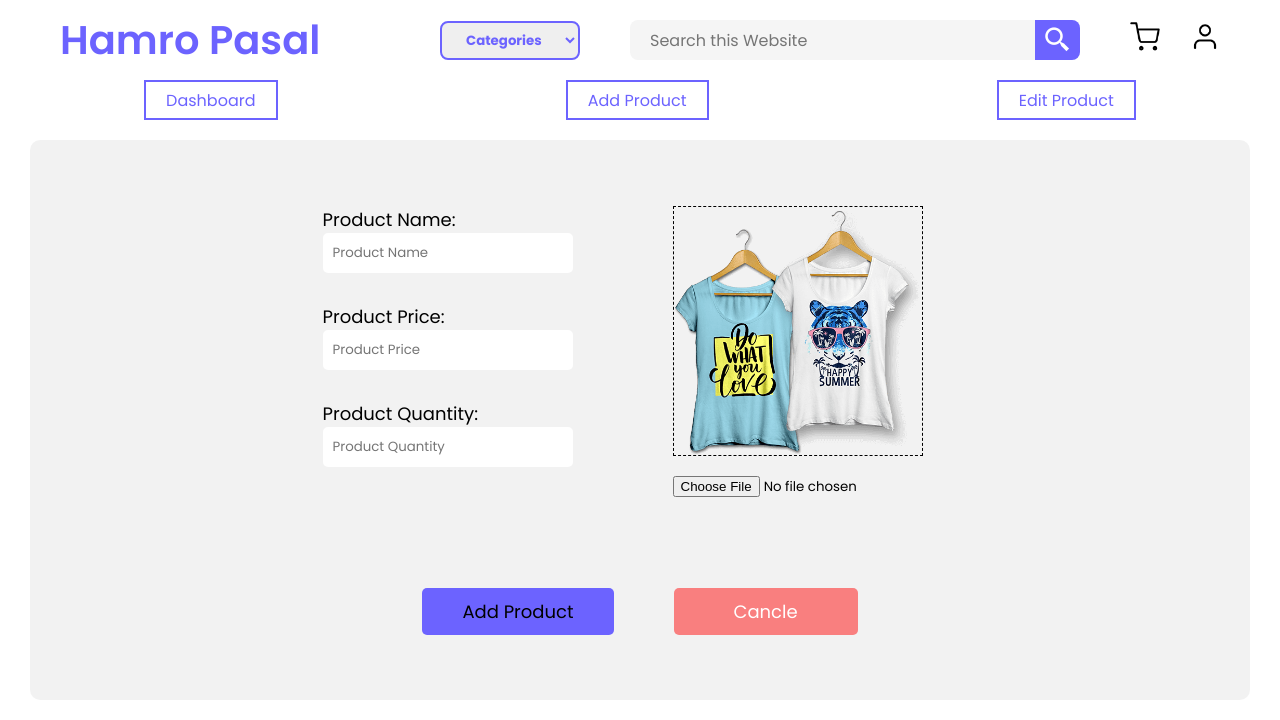
Repository: ScreamingSyntax/HamroPasal
Page: http://localhost/HamroPasal/View/EditProducts.jsp
An editor plug-in stored every save of this project. The page is shown before and after the next save, followed by the edit.
The browser window is 1280 px wide. The pictures show the whole page.
Some web fonts or font styles are not loaded; a fallback is used. Some web libraries are served in a nearby version. The page is served by Tomcat 9. Nobody is signed in. The application's start-up code is not run. Other server files are loaded and not shown. The template is opened directly, without the code that normally fills it, so the values that code supplies are empty.

Above is the page before, as saved 2023-05-06 13:14:40.

### HamroPasal/src/main/webapp/View/EditProducts.jsp
<%@ page language="java" contentType="text/html; charset=ISO-8859-1"
    pageEncoding="ISO-8859-1"%>
<!DOCTYPE html>
<html>
<head>
<meta charset="ISO-8859-1">
<title>Add Product</title>

	<link rel="stylesheet" href="https://unpkg.com/boxicons@latest/css/boxicons.min.css">
    <link rel="stylesheet" href="${pageContext.request.contextPath}/View/CSS/navb.css">
    <link rel="stylesheet" href="${pageContext.request.contextPath}/View/CSS/AddProduct.css">
    <link rel="preconnect" href="https://fonts.googleapis.com">
    <link rel="preconnect" href="https://fonts.gstatic.com" crossorigin>
    <link href="https://fonts.googleapis.com/css2?family=Mochiy+Pop+One&family=Poppins:wght@100;200;300;400;500;600;700;800;900&display=swap" rel="stylesheet">
    <link rel="stylesheet" href="https://cdnjs.cloudflare.com/ajax/libs/font-awesome/6.3.0/css/all.min.css" integrity="sha512-SzlrxWUlpfuzQ+pcUCosxcglQRNAq/DZjVsC0lE40xsADsfeQoEypE+enwcOiGjk/bSuGGKHEyjSoQ1zVisanQ==" crossorigin="anonymous" referrerpolicy="no-referrer" />

</head>
<body>
	<header>
        <span class="logo">Hamro&nbsp;Pasal</span>
        <div class="right">
            <select name="category" id="category">
                <option value="all">Categories</option>
                <option value="shirt">Shirt</option>
                <option value="pants">Pants</option>
                <option value="shoes">Shoes</option>
            </select>
            <form action="" class="search-bar">
                <input type="text" class="search-field" placeholder="Search this Website">
                <input type="submit" id="search">
                <label for="search"><i class='bx bx-search-alt-2'></i></label>
            </form>
            <div class="icons">
                <div class="cart">
                    <img src="${pageContext.request.contextPath}/View/Images/shopping-cart.png" alt="">
                </div>
                <div class="profile" onclick="profileClicked()">
                    <a href="#"><img src="${pageContext.request.contextPath}/View/Images/user.png" alt=""></a>
                </div>
            </div>
        </div>

        <div class="profile-section">
        	<div class="top">
                <h1>User Profile</h1>
                <i class='bx bxl-xing' onclick="profileClicked()"></i>
            </div>
        	<% String email;
        	if(session.getAttribute("loggedInId") == null){
        	%>
            	<div class="middle">
	                <a href="${pageContext.request.contextPath}/View/AdminLogin.jsp">Login as Admin</a>
                	<a href="${pageContext.request.contextPath}/View/Login.jsp">Login as User</a>
            	</div>
        	<%} else{
        		email = session.getAttribute("loggedInId").toString();
        	%>
        		<h1>You are Logged In as<%= email %></h1>
        		<%if(session.getAttribute("adminEmail") != null){%>
        			<a href="${pageContext.request.contextPath}/index.jsp">Return to Home</a>
        			<a href="${pageContext.request.contextPath}/View/AdminPage.jsp">Admin Page</a>
        		<%}%>
        		<button onclick='logoutClicked()'>Log Out</button>
        	<%} %>

        </div>
        <script>
            const profileClicked = () =>{
                const btn = document.querySelector(".profile")
                const mainDiv = document.querySelector(".profile-section")
                const cross = document.querySelector(".profile-section .top i")
                btn.addEventListener("click", ()=>{
                    mainDiv.classList.add("active");
                })
                cross.addEventListener("click", ()=>{
                    mainDiv.classList.remove("active");
                })
            }

            const logoutClicked = () =>{
            	<%session.removeAttribute("loggedInId");
            	  session.removeAttribute("adminEmail");
            	%>
            	window.location.href = "index.jsp";
            }
        </script>
    </header>
    <section class="admin-header">
    	<a href="#">Dashboard</a>
    	<a href="#">Add Product</a>
    	<a href="#">Edit Product</a>
    </section>

    <div class="add-product-form">
        <form action="../addproduct" method="post" enctype="multipart/form-data">
            <div class="top">
                <div class="left2">
                    <span>
                        <label for="prod-name">Product Name:</label><br>
                        <input type="text" placeholder="Product Name" id="prod-name" value="${productDetails.productName}" name="product_name" required>
                    </span>

                    <span>
                        <label for="prod-price">Product Price:</label><br>
                        <input type="number" placeholder="Product Price" id="prod-price"  value="${productDetails.productPrice}" name='product_price' required>
                    </span>

                    <span>
                        <label for="prod-quantity">Product Quantity:</label><br>
                        <input type="number" placeholder="Product Quantity" id="prod-quantity" value="${productDetails.productQuantity}"  name='product_quantity' required>
                    </span>
                </div>
                <div class="right2">
                    <label for="prod-image" class="img-section">
                        <img src="${pageContext.request.contextPath}/View/Images/mainImage.png" alt="${pageContext.request.contextPath}/View/Images/mainImage.png" class="showImage">
                    </label>
                    <input type="file" id = "prod-image file" name="image" class="imageChooser" value ="profile-eg.png" onchange="onImageChange()" required/>
                </div>
            </div>
            <div class="bottom">
                <button type="submit" value="Add Product">Add Product</button>
                <a href="#">Cancle</a>

            </div>
        </form>
    </div>
    <script>
		function onImageChange(){
			var imageChooser = document.querySelector(".imageChooser");
			var showImage = document.querySelector(".showImage");
			showImage.src = URL.createObjectURL(imageChooser.files[0]);
		}
	</script>
</body>
</html>

### HamroPasal/src/main/webapp/View/CSS/navb.css
@charset "ISO-8859-1";@charset "ISO-8859-1";
*{
    margin: 0;
    padding: 0;
    box-sizing: border-box;
    font-family: 'Poppins', sans-serif;
}
:root{
    --mainColor: #6c63FF;
}
header{
    width: 100%;
    height: 80px;
    display: flex;
    align-items: center;
    justify-content: space-between;
    padding: 0 60px;
}
.logo{
    font-size: 40px;
    font-weight: 600;
    color: var(--mainColor);
}
select{
    border: 2px solid var(--mainColor);
    color: var(--mainColor);
    font-weight: 700;
    border-radius: 8px;
    padding: 7px 20px;
    outline: none;
    cursor: pointer;
}
.search-bar{
    border: none;
    outline: none;
    height: 40px;
    width: 450px;
    border-radius: 8px;
    background-color: #F5F5F5;
    display: flex;
    align-items: center;
    justify-content: space-between;
    overflow: hidden;
}
.search-field{
    border: none;
    outline: none;
    height: 100%;
    width: 100%;
    overflow: hidden;
    background: transparent;
    padding: 0 20px;
    font-size: 16px;
}
input[type="submit"]{
    display: none;
}
.search-bar label{
    width: 50px;
    height: 100%;
    display: flex;
    align-items: center;
    justify-content: center;
    font-size: 30px;
    color: white;
    background-color: var(--mainColor);
    cursor: pointer;
}
.cart img, .profile img{
    width: 30px;
    cursor: pointer;
}
.right{
    display: flex;
    height: 100%;
    align-items: center;
    gap: 50px;
}
.icons{
    height: 100%;
    display: flex;
    align-items: center;
    gap: 30px;
}
.profile-section{
	height: 100vh;
	width: 350px;
	position: fixed;
    right: -100%;
    top: 0;
    background-color: rgb(225, 225, 225);
    padding: 0 30px;
    transition: all 0.7s ease;
}
.profile-section .top{
    display: flex;
    align-items: center;
    justify-content: space-between;
    padding: 15px 0;
    color: var(--mainColor);
}
.profile-section .top h1{
    font-size: 24px;
}
.profile-section .top i{
    font-size: 30px;
    cursor: pointer;
}
.profile-section .middle{
    padding: 20px;
    display: flex;
    flex-direction: column;
    align-items: center;
    justify-content: center;
    gap: 20px;
}
.profile-section .middle a{
    width: 100%;
    border: 2px solid var(--mainColor);
    display: flex;
    align-items: center;
    justify-content: center;
    padding: 10px 0;
    text-decoration: none;
    color: var(--mainColor);
}
.profile-section .middle a:hover{
    background-color: var(--mainColor);
    color: white;
}
.profile-section.active{
    right: 0;
}

### HamroPasal/src/main/webapp/View/CSS/AddProduct.css
*{
    margin: 0;
    padding: 0;
    box-sizing: border-box;
    font-family: 'Poppins', sans-serif;
}
:root{
    --mainColor: #6c63FF;
}
.admin-header{
	width: 100%;
    height: 40px;
	display: flex;
	justify-content: space-around;
}
.admin-header a{
	border: 2px solid var(--mainColor);
	padding: 10px 20px;
	display: flex;
	align-items: center;
	justify-content: center;
	color: var(--mainColor);
	text-decoration: none;
}

.add-product-form{
    width: 100%;
    height: calc(100vh - 120px);
    position: absolute;
    padding: 20px 30px;
}
.add-product-form form{
    background-color: rgba(0,0,0,0.05);
    width: 100%;
    height: 100%;
    border-radius: 10px;
    padding: 20px 30px;
    display: flex;
    justify-content: space-around;
    align-items: center;
    flex-direction: column;
}
.top{
    display: flex;
    gap: 100px;
}
.left2{
    display: flex;
    gap: 30px;
    flex-direction: column;
}
.left2 label{
    font-size: 18px;
}
.left2 input{
    width: 250px;
    height: 40px;
    border-radius: 5px;
    border: none;
    outline: none;
    padding: 0 10px;
}
.right2{
    display: flex;
    flex-direction: column;
    gap: 20px;
}
.img-section{
    width: 250px;
    height: 250px;
    border: 1px dashed black;
}
.img-section img{
	width: 100%;
	height: 100%;
}
.bottom{
    display: flex;
    gap: 60px;
}
.bottom button,.bottom a{
    border: none;
    outline: none;
    font-size: 18px;
    text-decoration: none;
    border-radius: 5px;
    cursot: pointer;
}
.bottom button{
    padding: 10px 40px;
    background-color: var(--mainColor);
}
.bottom a{
    padding: 10px 60px;
    background-color: rgba(255, 0, 0, 0.479);
    color: white;
}

After the next save:
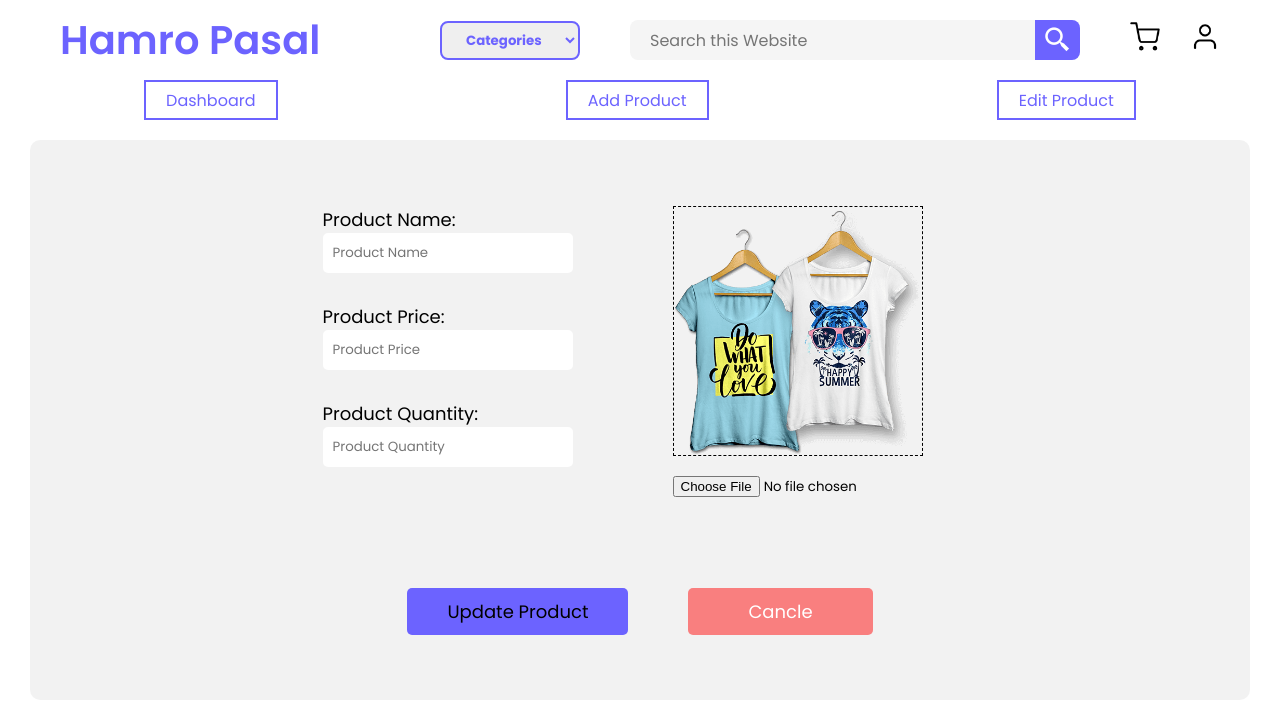
Saved 2 min 14 s later.
--- a/HamroPasal/src/main/webapp/View/EditProducts.jsp
+++ b/HamroPasal/src/main/webapp/View/EditProducts.jsp
@@ -118,7 +118,7 @@
                 </div>
             </div>
             <div class="bottom">
-                <button type="submit" value="Add Product">Add Product</button>
+                <button type="submit" value="Add Product">Update Product</button>
                 <a href="#">Cancle</a>
 
             </div>
